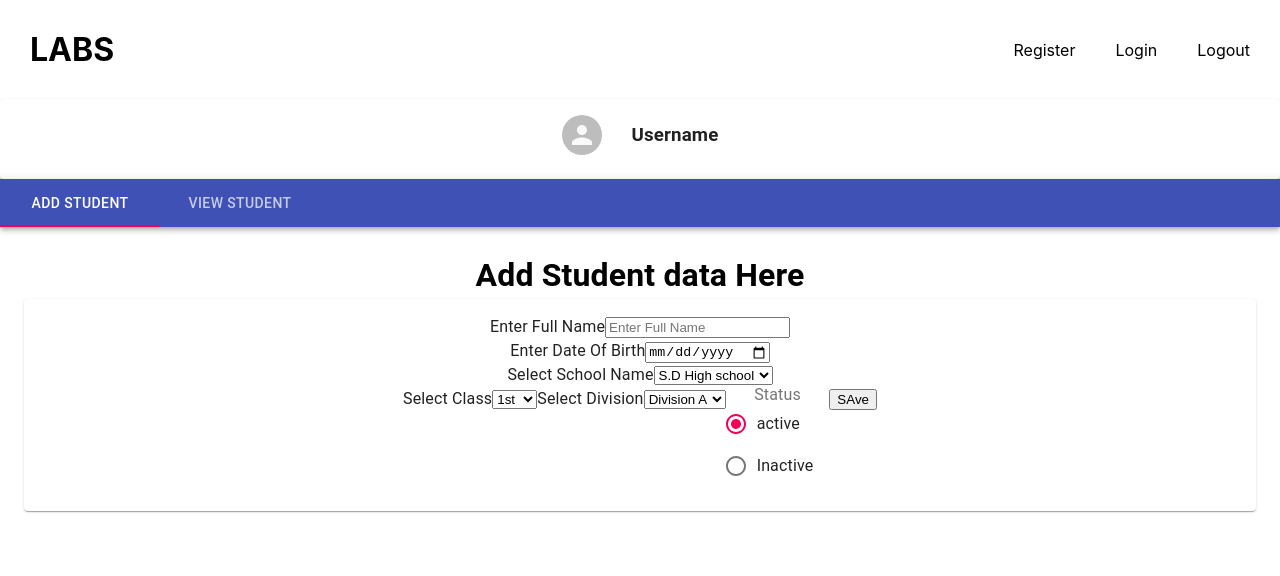
Repository: Prafullkuma/labsdata
Page: /admin
An editor plug-in stored every save of this project. The page is shown before and after the next save, followed by the edit.
The browser window is 1280 px wide. The pictures show the whole page.
The project was rebuilt for these pictures with package versions that can differ from the ones it lists, and the page was loaded fresh each time. Also part of the build but not shown: src/Component/Student/ViewStudent.js, src/Component/Main.js, src/Auth/Login.js, src/Auth/Signup.js, src/Auth/Logout.js.

Above is the page before, as saved 2020-08-25 18:37:17.

### src/App.js
import React from 'react';
import './App.css';
import Nav from './Component/Nav'
import Admin from './Component/Admin'
import Main from './Component/Main'
import Login from './Auth/Login'
import Signup from './Auth/Signup'
import Logout from './Auth/Logout'
import { BrowserRouter as Router, Route } from 'react-router-dom'
function App() {
  return (
    <div className="App">
      <Router>
        <Nav />
        <Route path="/logout" component={Logout} />
        <Route path="/signup" component={Signup} />
        <Route path="/login" component={Login} />
        <Route path="/admin" component={Admin} />
        <Route exact path="/" component={Main} />
      </Router>
    </div>
  );
}

export default App;

### src/Component/Nav.js
import React from 'react'
import './Nav.css'
import { Link } from 'react-router-dom'
function Nav() {
    return (
        <div className="Navbar">
            <h1> <Link to="/"> LABS</Link></h1>
            <ul>
                <li><Link to="/signup"> Register</Link></li>
                <li><Link to="/login">Login</Link></li>
                <li><Link to="/logout">Logout</Link>
                </li>
            </ul>
        </div>
    )
}

export default Nav

### src/Component/Admin.js
import React from 'react'
import { Avatar, Card, CardContent, Typography } from '@material-ui/core'
import './Admin.css'
import Details from './Details/Details'
function Admin() {
    return (
        <div>
            <Card className="all_data">
                <CardContent>
                    <Typography className="userdata">

                        <Avatar />
                        <h3>Username</h3>
                    </Typography>
                </CardContent>
            </Card>
            <Details />
        </div>
    )
}

export default Admin

### src/Component/Nav.css
.Navbar{
    padding: 30px;
    display: flex;
    justify-content: space-between;
    align-items: center;

}
a{
    text-decoration: none;
    color:black;
    }
ul,li{
    list-style: none;
    float: left;
    margin-left: 40px;
}

### src/Component/Admin.css
.userdata{
    display: flex;
    justify-content: right;
    align-items: center;
}
h3{
    margin-left: 30px;
}

### src/Component/Details/Details.js
import React from 'react'
import './details.css'
import { AppBar, Tabs, Tab, Typography } from '@material-ui/core'
import { makeStyles } from '@material-ui/core/styles';
import PropTypes from 'prop-types';
import Box from '@material-ui/core/Box';
import Addstudent from '../Student/Addstudent';
import ViewStudent from '../Student/ViewStudent';

const useStyles = makeStyles((theme) => ({
    root: {
        flexGrow: 1,
        backgroundColor: theme.palette.background.paper,
    },
}));

function a11yProps(index) {
    return {
        id: `simple-tab-${index}`,
        'aria-controls': `simple-tabpanel-${index}`,
    };
}
TabPanel.propTypes = {
    children: PropTypes.node,
    index: PropTypes.any.isRequired,
    value: PropTypes.any.isRequired,
};
function TabPanel(props) {
    const { children, value, index, ...other } = props;

    return (
        <div
            role="tabpanel"
            hidden={value !== index}
            id={`simple-tabpanel-${index}`}
            aria-labelledby={`simple-tab-${index}`}
            {...other} >
            {value === index && (
                <Box p={3}>
                    <Typography>{children}</Typography>
                </Box>
            )}
        </div>
    );
}

function Details() {
    const classes = useStyles();
    const [value, setValue] = React.useState(0);

    const handleChange = (event, newValue) => {
        setValue(newValue);
    };
    return (
        <div className="items">
            <div className="items_data">
                <AppBar position="static">
                    <Tabs value={value} onChange={handleChange} aria-label="simple tabs example">
                        <Tab label="Add Student" {...a11yProps(0)} />
                        <Tab label="View Student" {...a11yProps(1)} />
                    </Tabs>
                </AppBar>
            </div>
            <TabPanel value={value} index={0}>
                <h1>  Add Student data Here</h1>
                <Addstudent />
            </TabPanel>
            <TabPanel value={value} index={1}>
                <h1>  View Student Data</h1>
                <ViewStudent />
            </TabPanel>
        </div>
    )
}


export default Details

### src/Component/Details/details.css
.items{
    text-align: center;

}
.items_data{
    text-align: center;
}

### src/Component/Student/Addstudent.js
import React, { useState } from 'react'
import './addstudent.css'
import { Card, CardContent, Typography } from '@material-ui/core'
import Radio from '@material-ui/core/Radio';
import RadioGroup from '@material-ui/core/RadioGroup';
import FormControlLabel from '@material-ui/core/FormControlLabel';
import FormControl from '@material-ui/core/FormControl';
import FormLabel from '@material-ui/core/FormLabel';
import { db } from '../../firebase'
function Addstudent() {
    const [name, setName] = useState('')
    const [date, setDate] = useState('')
    const [Sname, setSname] = useState('')
    const [classs, setClasss] = useState('')
    const [division, setDivision] = useState('')
    const [value, setValue] = useState('active');
    const handleChange = (event) => {
        setValue(event.target.value);
    };
    const saveDataHanlder = (e) => {
        e.preventDefault()
        db.collection('addStudent').add({
            name: name,
            date: date,
            schoolname: Sname,
            class: classs,
            division: division,
            status: value
        })
    }
    return (
        <div>
            <Card className="all_data">
                <CardContent>
                    <Typography className="userdata">
                        <form onSubmit={saveDataHanlder}>
                            <div>
                                <label> Enter Full Name</label>
                                <input type="text"
                                    value={name}
                                    onChange={e => setName(e.target.value)}
                                    placeholder="Enter Full Name" />

                            </div>
                            <div>
                                <label> Enter Date Of Birth</label>
                                <input type="date" value={date}
                                    onChange={e => setDate(e.target.value)}
                                    className="'date enchiladac" />

                            </div>
                            <div>
                                <label>Select School Name</label>
                                <select value={Sname} onChange={e => setSname(e.target.value)}>
                                    <option value="S.D.HighScholl">S.D High school</option>
                                    <option value="VTU Belgaum">VTU Belgaum</option>
                                    <option value="VTU Bangalore">VTU Bangalore</option>
                                    <option value="MAratha Mandal">Maratha Mandal</option>
                                    <option value="RLS Belgaum">RLS Belgaum</option>
                                </select>
                            </div>                 <label>Select Class</label>
                            <select value={classs} onChange={e => setClasss(e.target.value)}>
                                <option value="1">1st</option>
                                <option value="2">2nd </option>
                                <option value="3">3rd</option>
                                <option value="4">4th </option>
                                <option value="5">5th</option>
                                <option value="6">6th </option>
                                <option value="7">7th </option>
                            </select>
                            <label>Select Division</label>
                            <select value={division} onChange={e => setDivision(e.target.value)}>
                                <option value="div A">Division A</option>
                                <option value="div B">Division B</option>
                                <option value="div c">Division C</option>
                                <option value="div d">Division D</option>
                            </select>
                            <FormControl component="fieldset">
                                <FormLabel component="legend">Status</FormLabel>
                                <RadioGroup aria-label="gender" name="gender1" value={value} onChange={handleChange}>
                                    <FormControlLabel value="active" control={<Radio />} label="active" />
                                    <FormControlLabel value="inactive" control={<Radio />} label="Inactive" />
                                </RadioGroup>
                            </FormControl>
                            <button type="submit"> SAve</button>
                        </form>
                    </Typography>
                </CardContent>
            </Card>
        </div >
    )
}

export default Addstudent

### src/Component/Student/addstudent.css
.userdata{
    display: flex;
    justify-content:center;
    align-items: center;
}
h3{
    margin-left: 30px;
}

### src/firebase.js
import firebase from 'firebase'

import 'firebase/firestore'
import 'firebase/auth'

var firebaseConfig = {
    apiKey: "AIzaSyDBjwEIOoHjkS1sD05WaYhi0mxlrS6cIds",
    authDomain: "labsdata-13bd9.firebaseapp.com",
    databaseURL: "https://labsdata-13bd9.firebaseio.com",
    projectId: "labsdata-13bd9",
    storageBucket: "labsdata-13bd9.appspot.com",
    messagingSenderId: "673732582527",
    appId: "1:673732582527:web:3f4a8688ae38e1fa14f34a",
    measurementId: "G-1QEVCBTCNL"
};
// Initialize Firebase
const data = firebase.initializeApp(firebaseConfig);
const db = data.firestore()
const auth = data.auth()

export { db, auth, firebase as default }

Loaded but not shown: public/index.html (common file); src/index.js (common file); src/index.css (common file); src/serviceWorker.js (common file); src/App.css (common file); src/Component/Main.css (no stored copy; drawn as an empty file); src/Component/Student/viewstudent.css (no stored copy; drawn as an empty file)

After the next save:
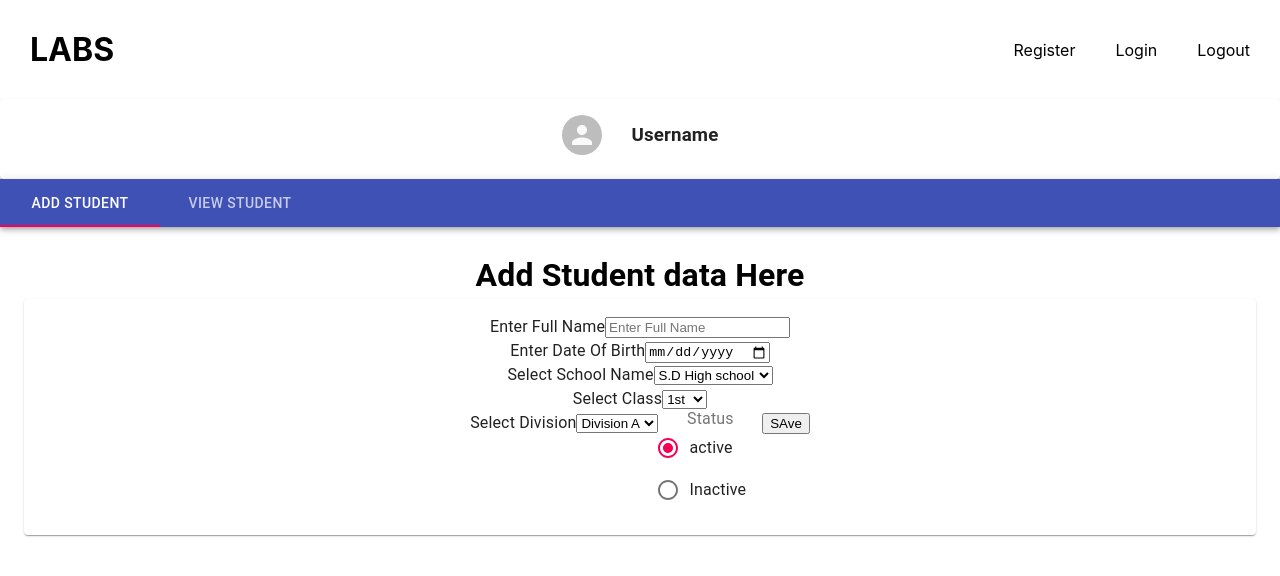
Saved 23 s later.
--- a/src/Component/Student/Addstudent.js
+++ b/src/Component/Student/Addstudent.js
@@ -58,16 +58,22 @@ function Addstudent() {
                                     <option value="MAratha Mandal">Maratha Mandal</option>
                                     <option value="RLS Belgaum">RLS Belgaum</option>
                                 </select>
-                            </div>                 <label>Select Class</label>
-                            <select value={classs} onChange={e => setClasss(e.target.value)}>
-                                <option value="1">1st</option>
-                                <option value="2">2nd </option>
-                                <option value="3">3rd</option>
-                                <option value="4">4th </option>
-                                <option value="5">5th</option>
-                                <option value="6">6th </option>
-                                <option value="7">7th </option>
-                            </select>
+                            </div>
+
+                            <div>
+
+                                <label>Select Class</label>
+                                <select value={classs} onChange={e => setClasss(e.target.value)}>
+                                    <option value="1">1st</option>
+                                    <option value="2">2nd </option>
+                                    <option value="3">3rd</option>
+                                    <option value="4">4th </option>
+                                    <option value="5">5th</option>
+                                    <option value="6">6th </option>
+                                    <option value="7">7th </option>
+                                </select>
+                            </div>
+
                             <label>Select Division</label>
                             <select value={division} onChange={e => setDivision(e.target.value)}>
                                 <option value="div A">Division A</option>
